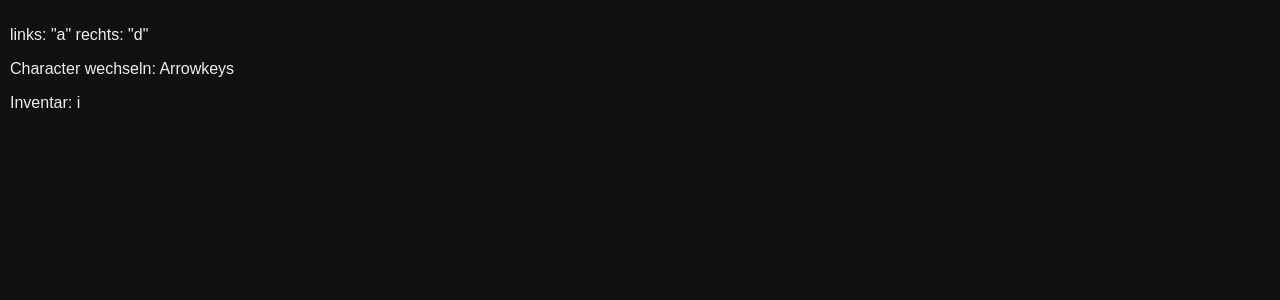
Repository: FaideST/Pixel-Game-
Page: index.html
An editor plug-in stored every save of this project. The page is shown before and after a run of saves, followed by the edit.
The browser window is 1280 px wide. The pictures show the whole page.

Above is the page before, as saved 2025-09-19 23:03:33.
Console error: TypeError: Cannot read properties of null (reading 'addEventListener')

### index.html
<!DOCTYPE html>
<html lang="de">
<head>
    <meta charset="UTF-8">
    <meta name="viewport" content="width=device-width, initial-scale=1.0">
    <title>Pixelart Game</title>
    <link rel="stylesheet" href="style.css">
</head>
<body>
    <p>links: "a" rechts: "d"</p>
    <p> Character wechseln: Arrowkeys</p>
    <p> Inventar: i</p>
    <canvas id="gameCanvas"></canvas>
    <script src="dist/main.js" type="module"></script>
</body>
</html>

### style.css
body {
  font-family: sans-serif;
  background: #111;
  color: #eee;
  margin: 0;
  padding: 10px;
}

.layout {
  display: flex;
  gap: 20px;
  align-items: flex-start;
}

/* Spielfeld */
.game canvas {
  border: 2px solid #555;
  image-rendering: pixelated;
}

/* Rechte Seite */
.ui {
  width: 220px;
  max-height: 240px;
  display: flex;
  flex-direction: column;
}

/* Timer */
#timer {
  font-size: 18px;
  margin-bottom: 10px;
}

/* Tabelle scrollt, Seite nicht */
#timeTable {
  width: 100%;
  border-collapse: collapse;
  background: #222;
}

#timeTable th,
#timeTable td {
  border: 1px solid #444;
  padding: 4px;
  text-align: center;
}

#timeTable thead {
  background: #333;
  position: sticky;
  top: 0;
}

/* 👇 wichtig */
#timeTable tbody {
  display: block;
  max-height: 180px;
  overflow-y: auto;
}

#timeTable thead,
#timeTable tbody tr {
  display: table;
  width: 100%;
  table-layout: fixed;
}

### dist/main.js
"use strict";
window.addEventListener("DOMContentLoaded", () => {
    const canvas = document.getElementById("gameCanvas");
    const ctx = canvas.getContext("2d");
    const groundY = 193;
    let cameraY = 0;
    let inventoryOpen = false;
    window.addEventListener("keydown", (e) => {
        if ((e.key === "Enter" || e.key === " ") && !gameStarted) {
            gameStarted = true;
            goal.reached = false;
            playerX = 50;
            playerY = 160;
            velocityY = 0;
            cameraY = 0;
            startTime = performance.now();
            elapsedTime = 0;
        }
    });
    canvas.width = 320;
    canvas.height = 240;
    // Position
    let playerX = 50;
    let playerY = 160;
    const speed = 2;
    let velocityY = 0;
    const gravity = 0.5;
    const jumpStrength = -7;
    let onGround = true;
    // Input
    const keys = {};
    window.addEventListener("keydown", (e) => {
        if (e.code === "Space") {
            e.preventDefault();
        }
        keys[e.key.toLowerCase()] = true;
    });
    window.addEventListener("keyup", (e) => keys[e.key.toLowerCase()] = false);
    //* window.addEventListener("keydown", (e) => {
    //    if (e.key.toLowerCase() === "i") {
    //      inventoryOpen = !inventoryOpen; // Toggle
    //    }
    // });
    // Bg
    const bg = new Image();
    let bgLoaded = false;
    bg.src = "assets/bg/village.png";
    const bgcave = new Image();
    let bgcaveLoaded = false;
    bgcave.src = "assets/bg/bg2cavemitsprites.png";
    //Char setup
    const player = new Image();
    let playerLoaded = false;
    player.onload = () => {
        console.log("Player image loaded!", player.src);
        playerLoaded = true;
    };
    player.onerror = () => {
        console.error("Failed to load image:", player.src);
    };
    const playerWidth = 32;
    const playerHeight = 32;
    //Char Auswahl
    const heroes = ["Magi.png", "Assasine.png", "bard.png", "elf.png", "wizardcharacteror1.png"];
    let selectedHero = 0;
    player.src = `assets/sprites/heroes/${heroes[selectedHero]}`;
    window.addEventListener("keydown", e => {
        if (e.key === "ArrowLeft") {
            selectedHero = (selectedHero + heroes.length - 1) % heroes.length;
            player.src = `assets/sprites/heroes/${heroes[selectedHero]}`;
        }
        if (e.key === "ArrowRight") {
            selectedHero = (selectedHero + 1) % heroes.length;
            player.src = `assets/sprites/heroes/${heroes[selectedHero]}`;
        }
    });
    const sky = new Image();
    sky.src = "assets/bg/sky.png";
    const skyHeight = 240;
    // Inventar
    const UII = { img: new Image(), x: 160, y: 20, w: 360, h: 260
    };
    UII.img.src = "assets/sprites/ui/guiinventory.png";
    const UI = { img: new Image(), offsetX: -50, offsetY: -130, x: 0, y: 0, w: 320, h: 240 };
    UI.img.src = "assets/sprites/ui/gui.png";
    const pet = { img: new Image(), offsetX: -20, offsetY: 0, x: 0, y: 0, w: 24, h: 24 };
    pet.img.src = "assets/sprites/pet/Pat.png";
    //Bilder (Bosse)
    const bosses = [
        { img: new Image(), x: 450, y: 127, w: 64, h: 64 },
        { img: new Image(), x: 580, y: 110, w: 64, h: 64 },
    ];
    bosses[0].img.src = "assets/sprites/bosse/CursedKnight.png";
    bosses[1].img.src = "assets/sprites/bosse/Bossspider.png";
    //enemies
    const enemies = [
        { img: new Image(), x: 585, y: 170, w: 32, h: 32 },
        { img: new Image(), x: 560, y: 160, w: 32, h: 32 },
        { img: new Image(), x: 520, y: 95, w: 32, h: 32 },
        { img: new Image(), x: 475, y: 80, w: 32, h: 32 },
    ];
    //*
    //enemies[0]!.img.src = "assets/sprites/enemies/minispider.png";
    //enemies[1]!.img.src = "assets/sprites/enemies/Ghost.png";
    //enemies[2]!.img.src = "assets/sprites/enemies/deadskelet.png";
    //enemies[3]!.img.src = "assets/sprites/enemies/1eye.png";
    //npcs
    const npcs = [
        { img: new Image(), x: 130, y: 0, w: 32, h: 32 },
        { img: new Image(), x: 130, y: 0, w: 32, h: 32 },
    ];
    npcs[0].img.src = "assets/sprites/npcs/Doktor.png";
    //Bilder (items)
    const items = [
        { img: new Image(), x: 495, y: 165, w: 32, h: 32 },
        //Kerzen
        { img: new Image(), x: 200, y: 170, w: 32, h: 32 },
        { img: new Image(), x: 302, y: 159, w: 32, h: 32 },
        { img: new Image(), x: 405, y: 155, w: 32, h: 32 },
    ];
    items[0].img.src = "assets/sprites/items/CursedChest.png";
    //Kerzen
    items[1].img.src = "assets/sprites/items/Kerzedunkelbrennt.png";
    items[2].img.src = "assets/sprites/items/Kerzedunkelhalbvollbrennt.png";
    items[3].img.src = "assets/sprites/items/Kerzedunkelabgebrannt.png";
    const platformImgRed = new Image();
    platformImgRed.src = "assets/platformen/platform1.png";
    const platformImgBlue = new Image();
    platformImgBlue.src = "assets/platformen/platform2.png";
    const platforms = [
        //Ebene 1 L nach R
        { x: 20, y: 150, w: 16, h: 8, img: platformImgRed },
        { x: 90, y: 150, w: 16, h: 8, img: platformImgRed },
        { x: 160, y: 150, w: 16, h: 8, img: platformImgRed },
        { x: 230, y: 150, w: 16, h: 8, img: platformImgRed },
        { x: 300, y: 150, w: 16, h: 8, img: platformImgRed },
        //Ebene 2 L nach R
        { x: 5, y: 110, w: 16, h: 8, img: platformImgRed },
        { x: 130, y: 110, w: 16, h: 8, img: platformImgRed },
        { x: 270, y: 110, w: 16, h: 8, img: platformImgRed },
        //Ebene 3 L nach R
        { x: 75, y: 65, w: 16, h: 8, img: platformImgRed },
        { x: 180, y: 65, w: 16, h: 8, img: platformImgRed },
        { x: 300, y: 65, w: 16, h: 8, img: platformImgRed },
        //Ebene 4 L nach R
        { x: 10, y: 20, w: 16, h: 8, img: platformImgRed },
        { x: 250, y: 20, w: 16, h: 8, img: platformImgRed },
        //Ebene 5 L nach R
        { x: 80, y: -25, w: 16, h: 8, img: platformImgRed },
        { x: 200, y: -25, w: 16, h: 8, img: platformImgRed },
        //Ebene Start Blau 6 L nach R
        { x: 140, y: -70, w: 16, h: 8, img: platformImgBlue },
        { x: 270, y: -70, w: 16, h: 8, img: platformImgBlue },
        //Ebene Start Blau 7 L nach R
        { x: 205, y: -110, w: 16, h: 8, img: platformImgBlue },
        //Ebene Start Blau 8 L nach R
        { x: 135, y: -155, w: 16, h: 8, img: platformImgBlue },
        //Ebene Start Blau 9 L nach R
        { x: 65, y: -200, w: 16, h: 8, img: platformImgBlue },
        { x: 205, y: -200, w: 16, h: 8, img: platformImgBlue },
    ];
    for (const npc of npcs) {
        npc.y = groundY - npc.h;
    }
    let currentMapIndex = 0;
    const maps = [
        {
            bg: bg,
            enemies: enemies,
            items: items
        },
        {
            bg: bgcave,
            enemies: enemies,
            items: items
        }
    ];
    const goal = {
        img: new Image(),
        x: 127,
        y: -245,
        w: 32,
        h: 16,
        reached: false
    };
    goal.img.src = "assets/platformen/goal.png";
    const allPlatforms = [...platforms, goal];
    // Timer & Start
    let gameStarted = false;
    let startTime = 0;
    let elapsedTime = 0;
    const times = [];
    const startBtn = document.getElementById("startBtn");
    const timerDisplay = document.getElementById("timer");
    const timeTableBody = document.querySelector("#timeTable tbody");
    startBtn.addEventListener("click", () => {
        startBtn.blur();
        gameStarted = true;
        goal.reached = false;
        playerX = 50;
        playerY = 160;
        startTime = performance.now();
        elapsedTime = 0;
    });
    function stopTimer() {
        gameStarted = false;
        times.push(elapsedTime);
        updateTable();
    }
    function updateTable() {
        timeTableBody.innerHTML = "";
        times.forEach((time, index) => {
            const row = document.createElement("tr");
            row.innerHTML = `<td>${index + 1}</td><td>${time.toFixed(2)}</td>`;
            timeTableBody.appendChild(row);
        });
    }
    // Game Loop
    function update() {
        if (keys["a"])
            playerX -= speed;
        if (keys["d"])
            playerX += speed;
        if ((keys["arrowup"] || keys["space"] || keys[" "]) && onGround) {
            velocityY = jumpStrength;
            onGround = false;
        }
        velocityY += gravity;
        playerY += velocityY;
        onGround = false;
        // Plattform-Kollision
        for (const platform of allPlatforms) {
            const playerBottom = playerY + playerHeight;
            const playerPrevBottom = playerBottom - velocityY;
            const platformTop = platform.y;
            const horizontalOverlap = playerX + playerWidth > platform.x &&
                playerX < platform.x + platform.w;
            const fallingOntoPlatform = playerPrevBottom <= platformTop &&
                playerBottom >= platformTop;
            if (horizontalOverlap && fallingOntoPlatform && velocityY >= 0) {
                playerY = platformTop - playerHeight;
                velocityY = 0;
                onGround = true;
            }
        }
        if (playerY >= 160) {
            playerY = 160;
            velocityY = 0;
            onGround = true;
        }
        if (playerY - cameraY < 80) {
            cameraY = playerY - 80;
        }
        pet.x = playerX + pet.offsetX;
        pet.y = playerY + pet.offsetY;
        UI.x = playerX + UI.offsetX;
        UI.y = playerY + UI.offsetY;
        if (playerY - cameraY > canvas.height - 80) {
            cameraY = playerY - (canvas.height - 80);
        }
        // Rechts raus → nächste Map
        if (playerX > canvas.width) {
            currentMapIndex = Math.min(currentMapIndex + 1, maps.length - 1);
            playerX = 0;
        }
        // Links raus → vorherige Map
        if (playerX < -32) {
            currentMapIndex = Math.max(currentMapIndex - 1, 0);
            playerX = canvas.width - 32;
        }
        // Timer
        if (gameStarted && !goal.reached) {
            elapsedTime = (performance.now() - startTime) / 1000;
            timerDisplay.textContent = `Zeit: ${elapsedTime.toFixed(2)} s`;
        }
        // Ziel prüfen
        const playerBottom = playerY + playerHeight;
        const playerPrevBottom = playerBottom - velocityY;
        const standingOnGoal = playerX + playerWidth > goal.x &&
            playerX < goal.x + goal.w &&
            playerPrevBottom <= goal.y &&
            playerBottom >= goal.y &&
            velocityY >= 0;
        if (!goal.reached && standingOnGoal) {
            goal.reached = true;
            stopTimer();
        }
    }
    function draw() {
        ctx.clearRect(0, 0, canvas.width, canvas.height);
        for (let i = -3; i <= 1; i++) {
            ctx.drawImage(sky, 0, i * skyHeight - cameraY, canvas.width, skyHeight);
        }
        const currentMap = maps[currentMapIndex];
        ctx.drawImage(currentMap.bg, 0, -cameraY, canvas.width, canvas.height);
        // Platformen
        for (const platform of platforms) {
            ctx.drawImage(platform.img, platform.x, platform.y - cameraY, platform.w, platform.h);
        }
        ctx.drawImage(goal.img, goal.x, goal.y - cameraY, goal.w, goal.h);
        // Items
        for (const item of currentMap.items) {
            ctx.drawImage(item.img, item.x, item.y - cameraY, item.w, item.h);
        }
        // Enemies
        for (const enemy of currentMap.enemies) {
            ctx.drawImage(enemy.img, enemy.x, enemy.y - cameraY, enemy.w, enemy.h);
        }
        // Bosse
        for (const boss of bosses) {
            ctx.drawImage(boss.img, boss.x, boss.y - cameraY, boss.w, boss.h);
        }
        // Pet + UI zeichnen
        ctx.drawImage(pet.img, pet.x, pet.y - cameraY, pet.w, pet.h);
        //* ctx.drawImage(UI.img, UI.x, UI.y - cameraY, UI.w, UI.h);
        // Npcs zeichnen
        for (const npc of npcs) {
            ctx.drawImage(npc.img, npc.x, npc.y - cameraY, npc.w, npc.h);
        }
        // Char zeichnen
        if (playerLoaded) {
            ctx.drawImage(player, playerX, playerY - cameraY, 32, 32); // Sprite zeichnen
        }
        if (inventoryOpen) {
            ctx.drawImage(UII.img, UII.x, UII.y - cameraY, UII.w, UII.h);
        }
    }
    function gameLoop() {
        update();
        draw();
        requestAnimationFrame(gameLoop);
    }
    gameLoop();
});
//# sourceMappingURL=main.js.map

After the next 2 saves:
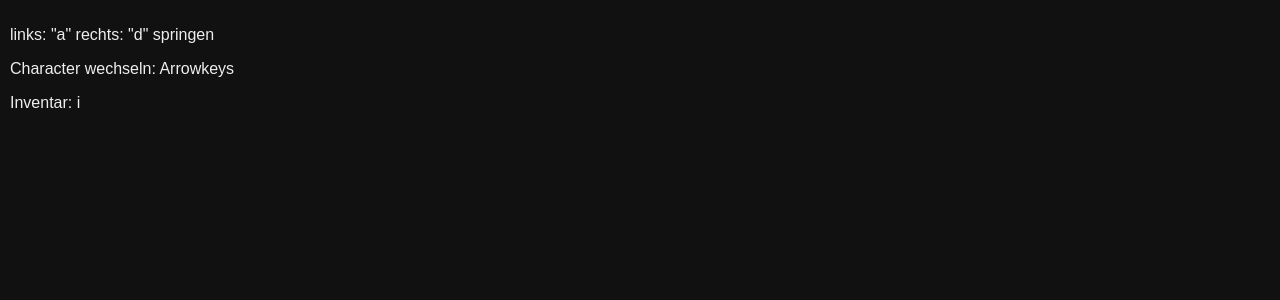
The 2 saves are shown as one change because they came seconds apart.
The last was saved 20 s later.
--- a/index.html
+++ b/index.html
@@ -7,7 +7,7 @@
     <link rel="stylesheet" href="style.css">
 </head>
 <body>
-    <p>links: "a" rechts: "d"</p>
+    <p>links: "a" rechts: "d" springen</p>
     <p> Character wechseln: Arrowkeys</p>
     <p> Inventar: i</p>
     <canvas id="gameCanvas"></canvas>
